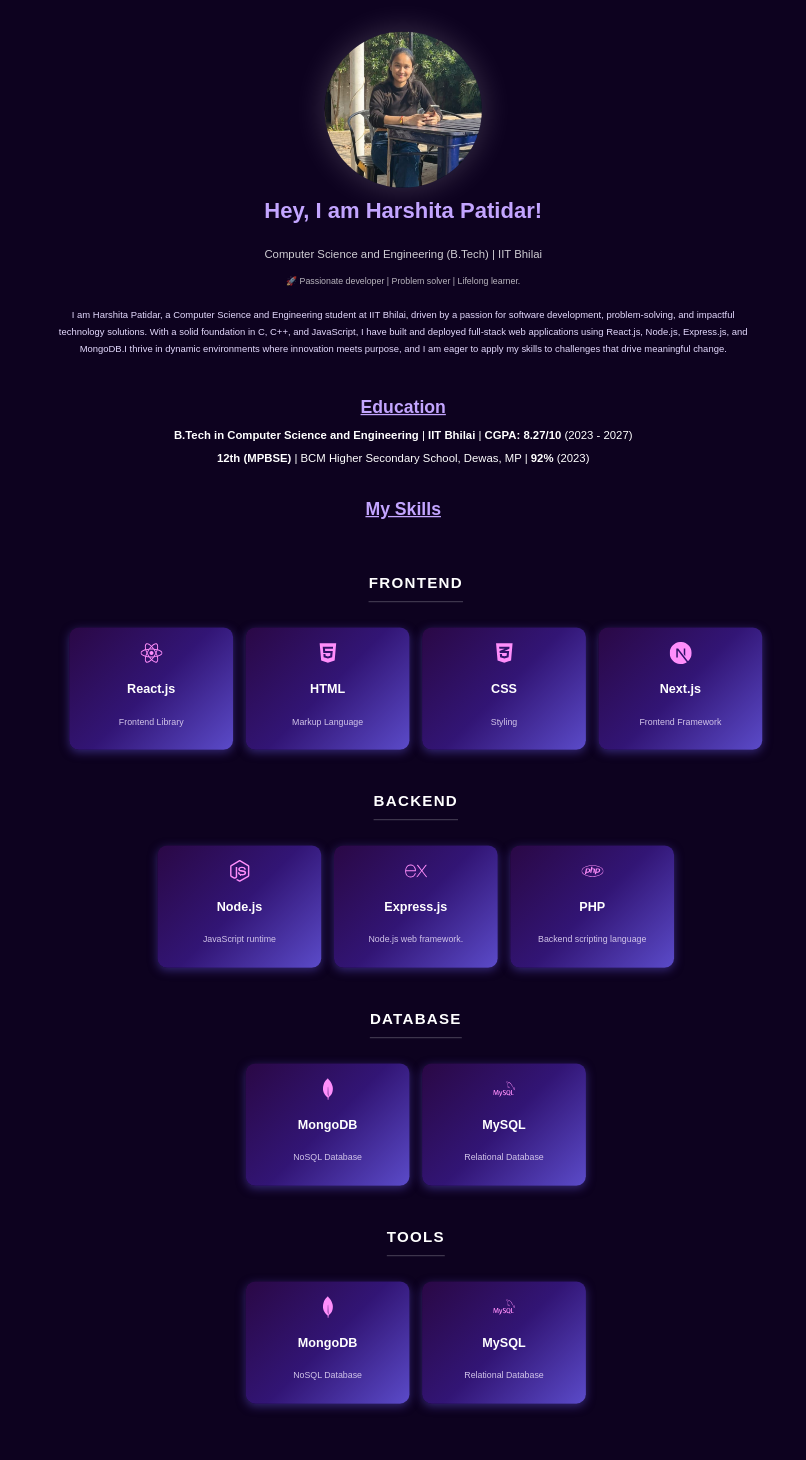
Repository: harshitap1305/Portfolio
Page: /
These files come from the project's save history. The page is drawn as it stood at one moment and after a run of saves; the edit follows.
The browser window is 1280 px wide. The pictures show the whole page, at 63% of full size.
The project was rebuilt for these pictures with package versions that can differ from the ones it lists, and the page was loaded fresh each time. Also part of the build but not shown: vite.config.js.

Above is the page before, as saved 2025-03-27 19:24:00.

After the next 2 saves:
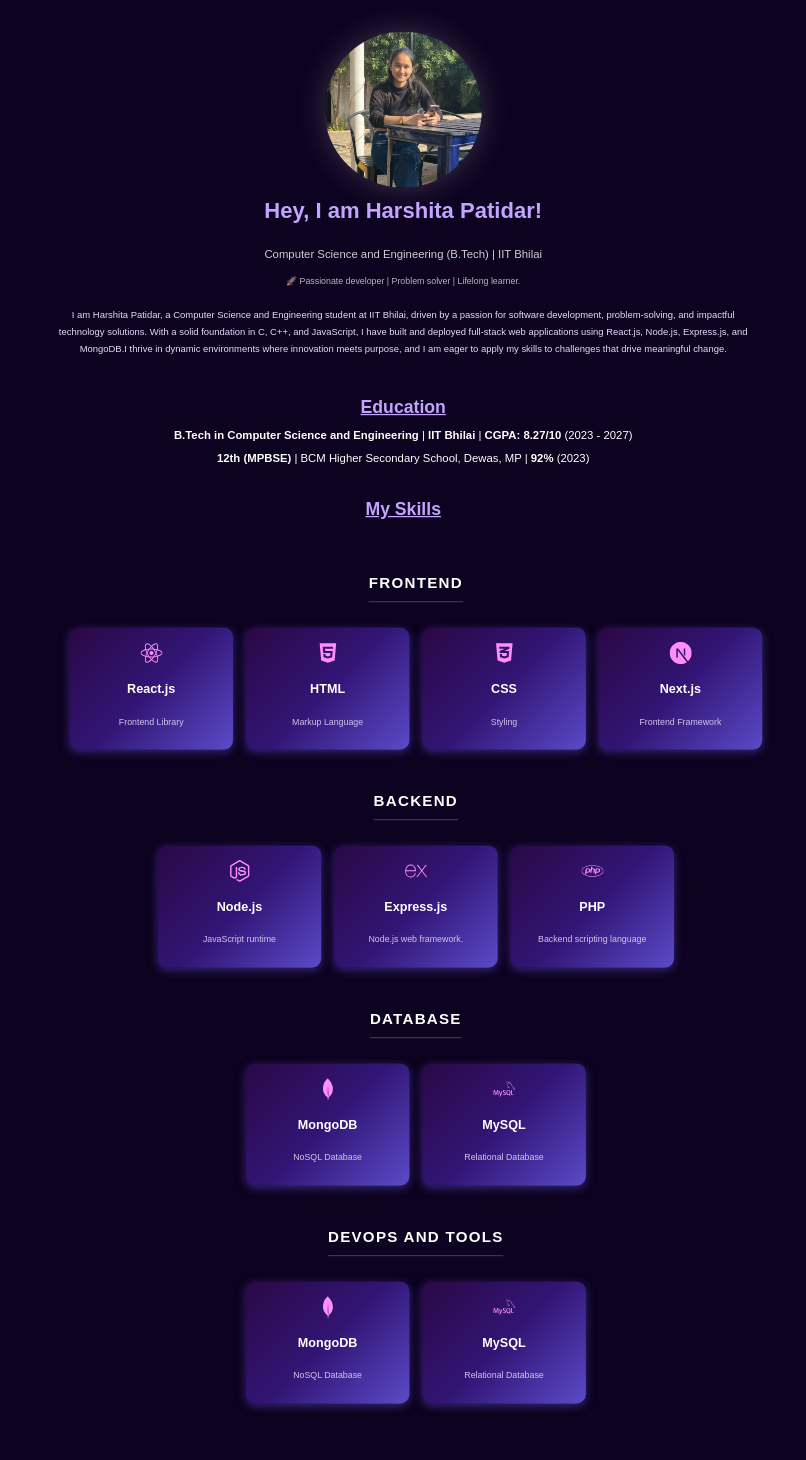
The 2 saves are shown as one change because they came seconds apart.
The last was saved 104 s later.
--- a/src/Home.jsx
+++ b/src/Home.jsx
@@ -31,7 +31,7 @@
         ]
       },
       {
-        category: "Tools",
+        category: "DevOps and Tools",
         skills: [
           { name: "MongoDB", description: "NoSQL Database", icon: <SiMongodb/> },
           { name: "MySQL", description: "Relational Database", icon: <SiMysql /> },
